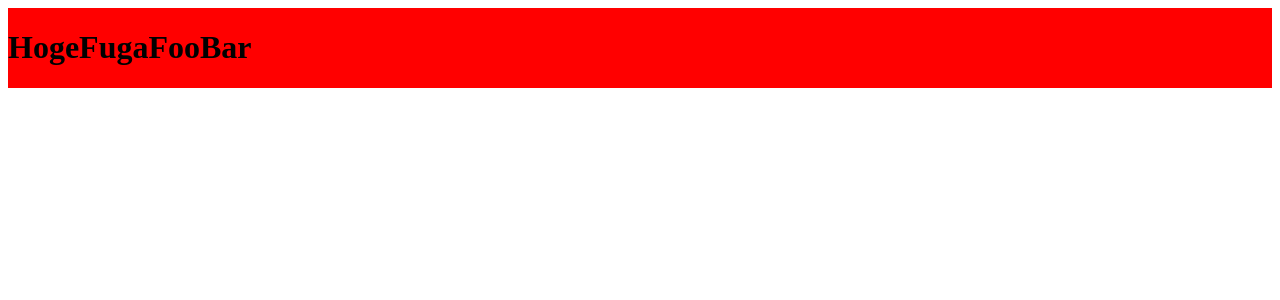
Repository: ag-fukuman/samurai_HTML-CSS
Page: about.html
The author's editor kept a record of every edit. The page is drawn from the files as they stood at one moment, then again after the next edit.
The browser window is 1280 px wide. The pictures show the whole page.

Above is the page before.

### about.html
<html lang="ja">
    <head>
        <style>
            .sort {
                display: flex;
                align-items: stretch;
                background-color: red;

            }
        </style>
    </head>
    <body>
        <div class="sort">
            <h1>Hoge</h1>
            <h1>Fuga</h1>
            <h1>Foo</h1>
            <h1>Bar</h1>
        </div>
    </body>
</html>

After the next edit:
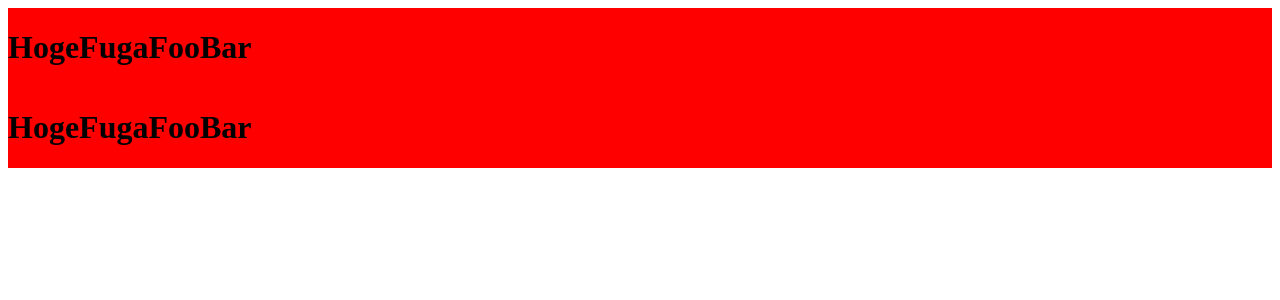
The edit:
--- a/about.html
+++ b/about.html
@@ -16,5 +16,11 @@
             <h1>Foo</h1>
             <h1>Bar</h1>
         </div>
+        <div class="sort">
+            <h1>Hoge</h1>
+            <h1>Fuga</h1>
+            <h1>Foo</h1>
+            <h1>Bar</h1>
+        </div>
     </body>
 </html>
